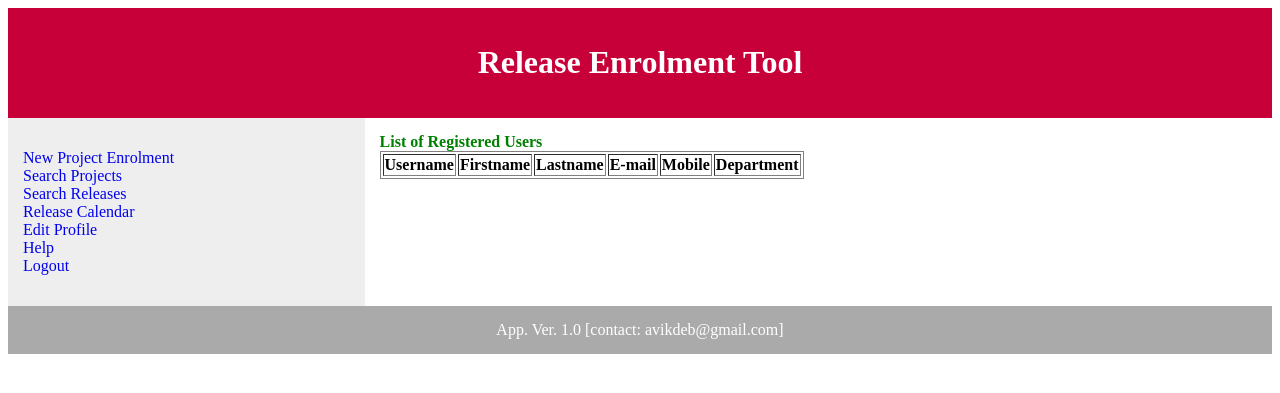
Repository: guribrar/enrolmentapp
Page: http://localhost/enrolmentapp/testlogin.jsp
An editor plug-in stored every save of this project. The page is shown before and after the next save, followed by the edit.
The browser window is 1280 px wide. The pictures show the whole page.
The page is served by Tomcat 9. Other server files are loaded and not shown. Queries for data that is not in the repository find no rows.

Above is the page before, as saved 2016-12-31 14:53:02.

### enrolmentapp/WebContent/testlogin.jsp
<%@ page language="java" contentType="text/html; charset=ISO-8859-1"
    pageEncoding="ISO-8859-1"%>

<%@ taglib uri="http://java.sun.com/jsp/jstl/sql" prefix="sql" %>
<%@ taglib uri="http://java.sun.com/jsp/jstl/core" prefix="c" %>

<!DOCTYPE html>

<sql:query var="rs" dataSource="jdbc/enrolmentapp">
	select * from enrolmentapp.user
</sql:query>

<html>
<head>
<style>
.flex-container {
    display: -webkit-flex;
    display: flex;
    -webkit-flex-flow: row wrap;
    flex-flow: row wrap;
    text-align: center;
}

.flex-container > * {
    padding: 15px;
    -webkit-flex: 1 50%;
    flex: 1 100%;
}

.content {
    text-align: left;
}

header {background: #C70039;color:white;}
footer {background: #aaa;color:white;}
.nav {background:#eee;}

.nav ul {
    list-style-type: none;
    padding: 0;
}
.nav ul a {
    text-decoration: none;
}

@media all and (min-width: 768px) {
    .nav {text-align:left;-webkit-flex: 1 auto;flex:1 auto;-webkit-order:1;order:1;}
    .content {-webkit-flex:5 0px;flex:5 0px;-webkit-order:2;order:2;}
    footer {-webkit-order:3;order:3;}
}
</style>
</head>
<body>

<div class="flex-container">
<header>
  <h1>Release Enrolment Tool</h1>
</header>

<nav class="nav">
<ul>
  <li><a href="#">New Project Enrolment</a></li>
  <li><a href="#">Search Projects</a></li>
  <li><a href="#">Search Releases</a></li>
  <li><a href="#">Release Calendar</a></li>
  <li><a href="#">Edit Profile</a></li>
  <li><a href="#">Help</a></li>
  <li><a href="#">Logout</a></li>
</ul>
</nav>

<article class="content">
<font color="green"><b>List of Registered Users</b></font>
<table frame="box" border="1">
	<tr>
		<th>Username</th>
		<th>Firstname</th>
		<th>Lastname</th>
		<th>E-mail</th>
		<th>Mobile</th>
		<th>Department</th>
	</tr>
	<c:forEach var="row" items="${rs.rows}">
	<tr>
		<td>${row.username}</td>
		<td>${row.firstname}</td>
		<td>${row.lastname}</td>
		<td>${row.email}</td>
		<td>${row.mobile}</td>
		<td>${row.department}</td>
	</tr>
	</c:forEach>
</table>


</article>

<footer>App. Ver. 1.0 [contact: avikdeb@gmail.com]</footer>
</div>

</body>
</html>

After the next save:
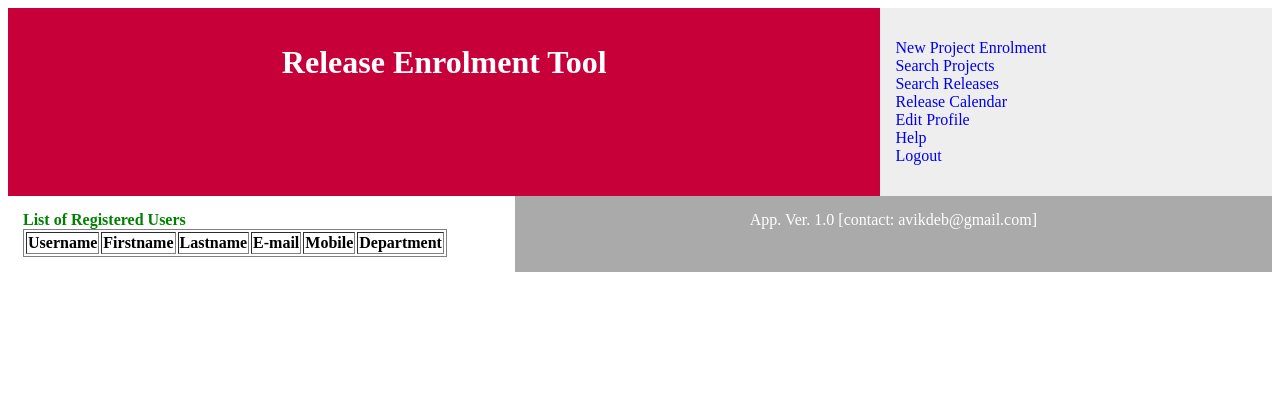
Saved 19 s later.
--- a/enrolmentapp/WebContent/testlogin.jsp
+++ b/enrolmentapp/WebContent/testlogin.jsp
@@ -24,7 +24,7 @@
 .flex-container > * {
     padding: 15px;
     -webkit-flex: 1 50%;
-    flex: 1 100%;
+    flex: 1 50%;
 }
 
 .content {

After the save that followed:
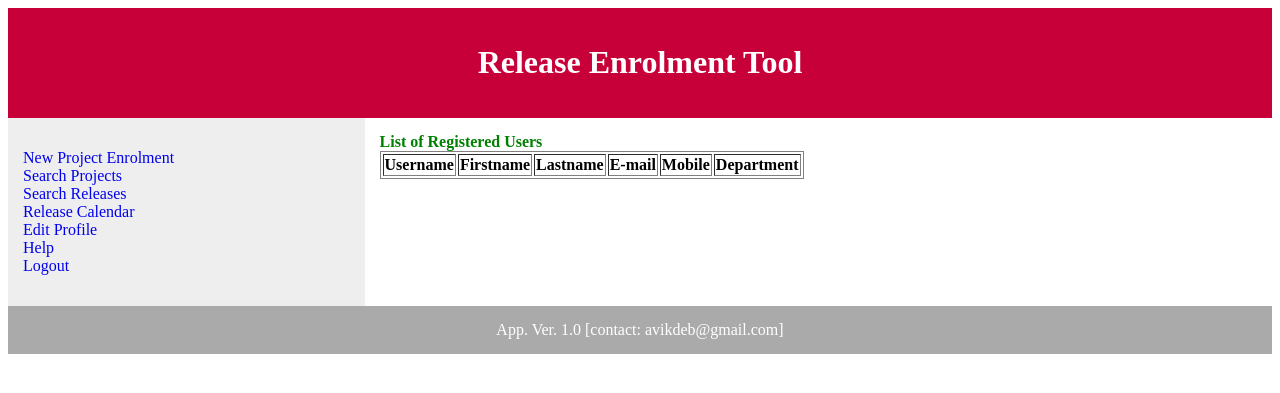
Saved 25 s later.
--- a/enrolmentapp/WebContent/testlogin.jsp
+++ b/enrolmentapp/WebContent/testlogin.jsp
@@ -23,8 +23,8 @@
 
 .flex-container > * {
     padding: 15px;
-    -webkit-flex: 1 50%;
-    flex: 1 50%;
+    -webkit-flex: 1 100%;
+    flex: 1 100%;
 }
 
 .content {
